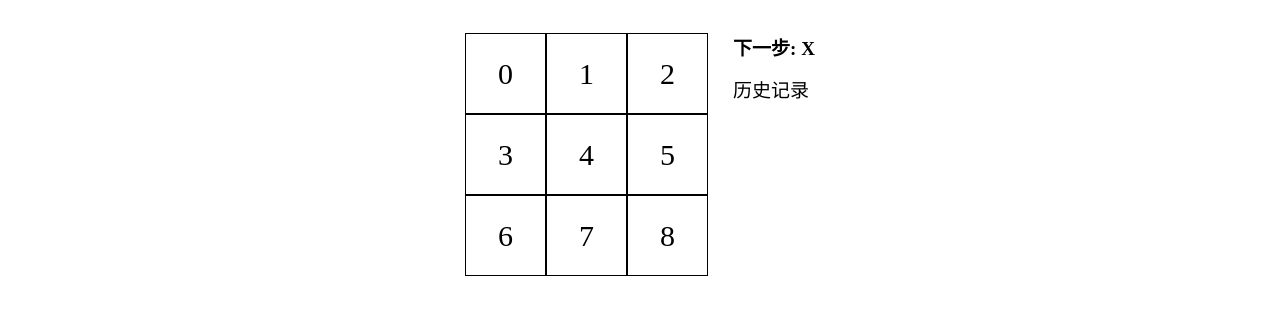
Repository: MiDouShiTongTong/react-tic-tac-toe
Page: /
The author's editor kept a copy of each file at every save. The page is drawn from the files as they stood at one save, then again after the next save.
The browser window is 1280 px wide. The pictures show the whole page.
The project was rebuilt for these pictures with package versions that can differ from the ones it lists, and the page was loaded fresh each time.

Above is the page before, as saved 2019-04-01 20:56:45.

### src/App.tsx
import React from 'react';
import SquareList from './components/square-list';
import HistoryList from './components/history-list';
import PlayerInfo from './components/player-info';
import './App.scss';

interface Props {}

interface State {
  squareList: any[];
  stepCount: number;
  historyList: any[];
}

export default class App extends React.Component<Props, State> {
  public constructor(props: any) {
    super(props);
    this.state = {
      stepCount: 0,
      squareList: new Array(9).fill(null),
      historyList: []
    };
  }

  public getCurrentPlayer = (): string => {
    const { stepCount } = this.state;
    return stepCount % 2 === 0 ? 'X' : 'O';
  };

  public handlerSquareClick = (pos: any, info: object) => {
    const { state } = this;
    if (info === null) {
      const newHistoryList = state.historyList;
      // 保存当前历史记录, 以及步数
      this.setState(prevState => ({
        historyList: [
          ...prevState.historyList,
          {
            stepCount: state.stepCount,
            player: this.getCurrentPlayer(),
            pos
          }
        ],
        stepCount: prevState.stepCount + 1
      }));
      console.log(this.state);
    }
  };

  public render = (): JSX.Element => {
    const { state } = this;
    return (
      <div className="app-container">
        <div className="left-container">
          <SquareList
            squareList={state.squareList}
            handlerSquareClick={this.handlerSquareClick}
          />
        </div>
        <div className="right-container">
          <PlayerInfo currentPlayer={this.getCurrentPlayer()} />
          <HistoryList historyList={state.historyList} />
        </div>
      </div>
    );
  };
}

### src/components/square-list/index.tsx
import React from 'react';
import Square from '../square';
import './index.scss';

interface Props {
  squareList: any[];
  handlerSquareClick: (pos: any, info: object) => void;
}
interface State {}

export default class SquareList extends React.Component<Props, State> {
  constructor(props: any) {
    super(props);
    this.state = {};
  }

  public generateSquare(pos: any) {
    const { props } = this;
    return (
      <Square
        pos={pos}
        info={props.squareList[pos]}
        handlerSquareClick={props.handlerSquareClick}
      />
    );
  }

  public render = (): JSX.Element => {
    return (
      <section className="board-container">
        <div className="row">
          {this.generateSquare(0)}
          {this.generateSquare(1)}
          {this.generateSquare(2)}
        </div>
        <div className="row">
          {this.generateSquare(3)}
          {this.generateSquare(4)}
          {this.generateSquare(5)}
        </div>
        <div className="row">
          {this.generateSquare(6)}
          {this.generateSquare(7)}
          {this.generateSquare(8)}
        </div>
      </section>
    );
  };
}

### src/components/history-list/index.tsx
import React from 'react';
import './index.scss';

interface Props {
  historyList: any[];
}
interface State {}

export default class History extends React.Component<Props, State> {
  constructor(props: any) {
    super(props);
    this.state = {};
  }

  public render = (): JSX.Element => {
    const { props } = this;
    return (
      <section className="history-list-container">
        <span>历史记录</span>
        {props.historyList.length > 0 ? (
          <ul>
            {props.historyList.map(item => (
              <li>
                #{item.stepCount}, 棋手{item.player}, 下到位置{item.pos}
              </li>
            ))}
          </ul>
        ) : null}
      </section>
    );
  };
}

### src/components/player-info/index.tsx
import React from 'react';
import './index.scss';

interface Props {
  currentPlayer: string;
}
interface State {}

export default class History extends React.Component<Props, State> {
  constructor(props: any) {
    super(props);
    this.state = {};
  }

  public render = (): JSX.Element => {
    const { props } = this;
    return (
      <section className="player-info-container">
        下一步: {props.currentPlayer}
      </section>
    );
  };
}

### src/App.scss
.app-container {
  display: flex;
  justify-content: center;
  padding: 25px;
  .right-container {
    padding-left: 25px;
  }
}

### src/components/square/index.tsx
import React from 'react';
import './index.scss';

interface Props {
  pos: any;
  info: object;
  handlerSquareClick: (pos: any, info: object) => void;
}
interface State {}

export default class Square extends React.Component<Props, State> {
  constructor(props: any) {
    super(props);
    this.state = {};
  }

  public getSquareTitle = () => {
    const { props } = this;
    let title: any = props.pos;
    if (props.info) {
      title = props.info;
    }
    return title;
  };

  public render = (): JSX.Element => {
    const { props } = this;
    return (
      <section
        className="square-container"
        onClick={() => props.handlerSquareClick(props.pos, props.info)}
      >
        {this.getSquareTitle()}
      </section>
    );
  };
}

### src/components/square-list/index.scss
.board-container {
  .row {
    display: flex;
  }
}

### src/components/history-list/index.scss
.history-list-container {
  margin-top: 15px;
  font-size: 19px;
  ul {
    min-width: 200px;
    list-style-type: none;
    padding-left: 0;
  }
}

### src/components/player-info/index.scss
.player-info-container {
  font-size: 19px;
  font-weight: bold;
}

### src/components/square/index.scss
.square-container {
  display: flex;
  justify-content: center;
  align-items: center;
  width: 79px;
  height: 79px;
  border: 1px solid #000;
  font-size: 30px;
  &:hover {
    border-color: #06f;
    cursor: pointer;
  }
}

Loaded but not shown: public/index.html (common file); src/index.tsx (common file)

After the next save:
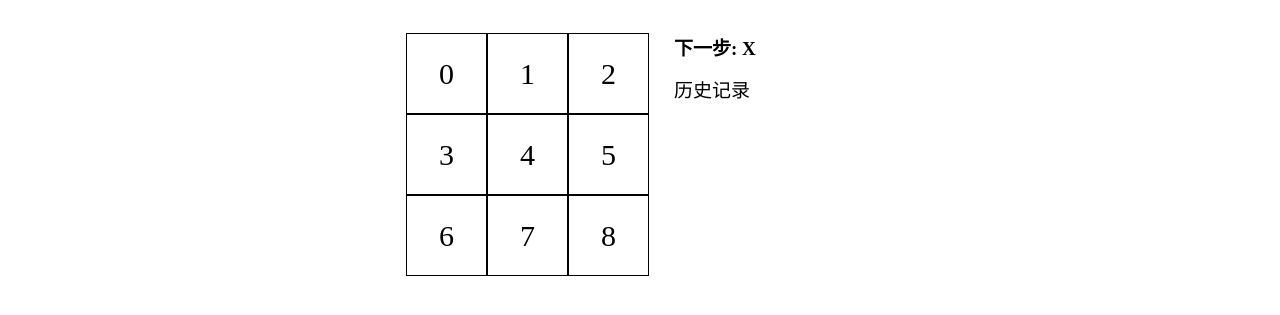
Saved 12 s later.
--- a/src/components/history-list/index.scss
+++ b/src/components/history-list/index.scss
@@ -1,8 +1,8 @@
 .history-list-container {
   margin-top: 15px;
   font-size: 19px;
+  min-width: 200px;
   ul {
-    min-width: 200px;
     list-style-type: none;
     padding-left: 0;
   }
